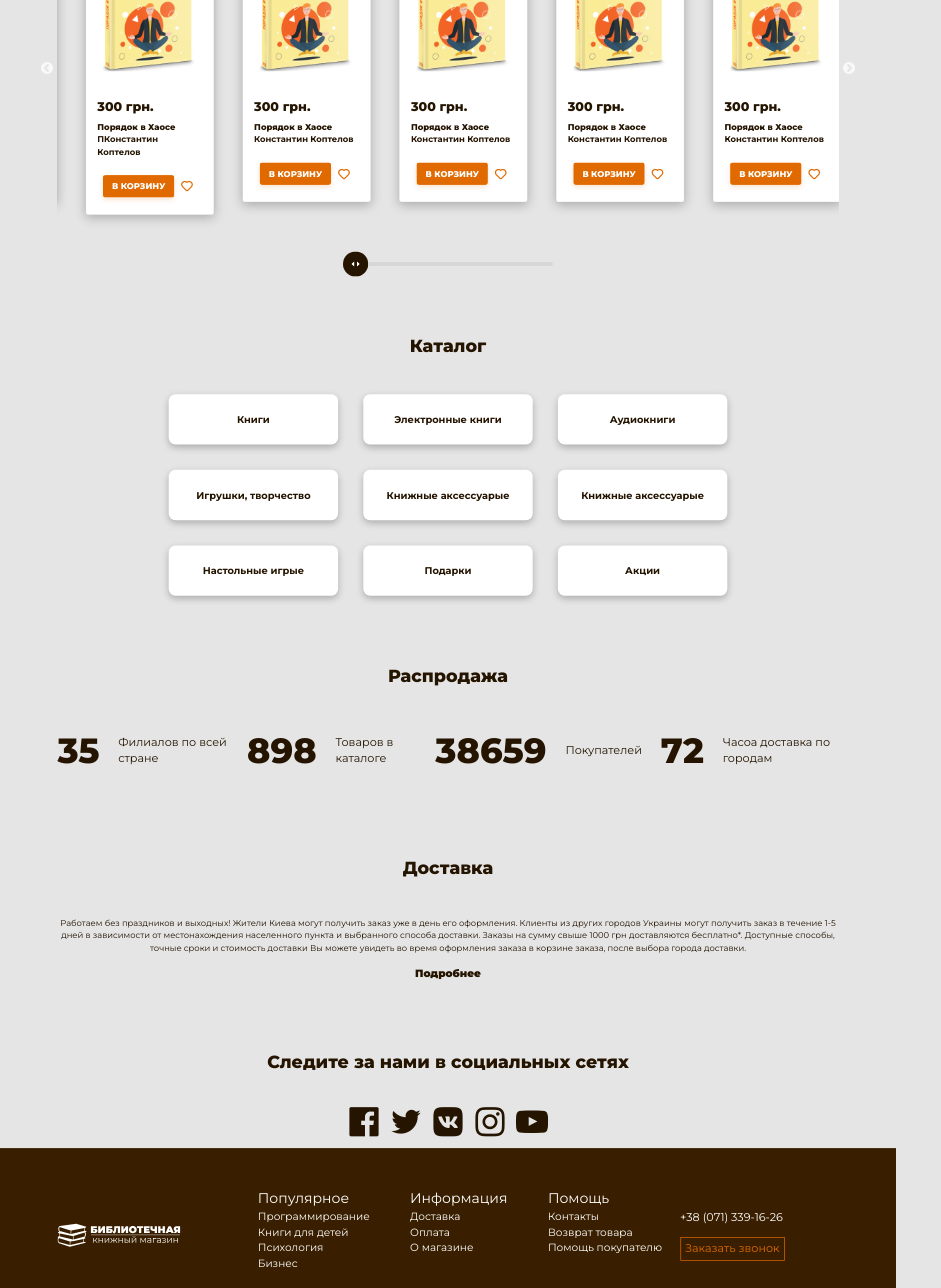
Repository: saidabbasun/Kutubxona
Page: /
These files come from the project's save history. The page is drawn as it stood at one moment and after the next save; the edit follows.
The browser window is 1280 px wide. The page is 1344 px wide, so the pictures cover 1344 px, including what lies to the right of the window. The pictures show the part of the page from y = 1773 to 3613 px (the page is 3613 px tall), at 70% of full size.
The project was rebuilt for these pictures with package versions that can differ from the ones it lists, and the page was loaded fresh each time.

Above is the page before, as saved 2022-05-30 19:24:12.

After the next save:
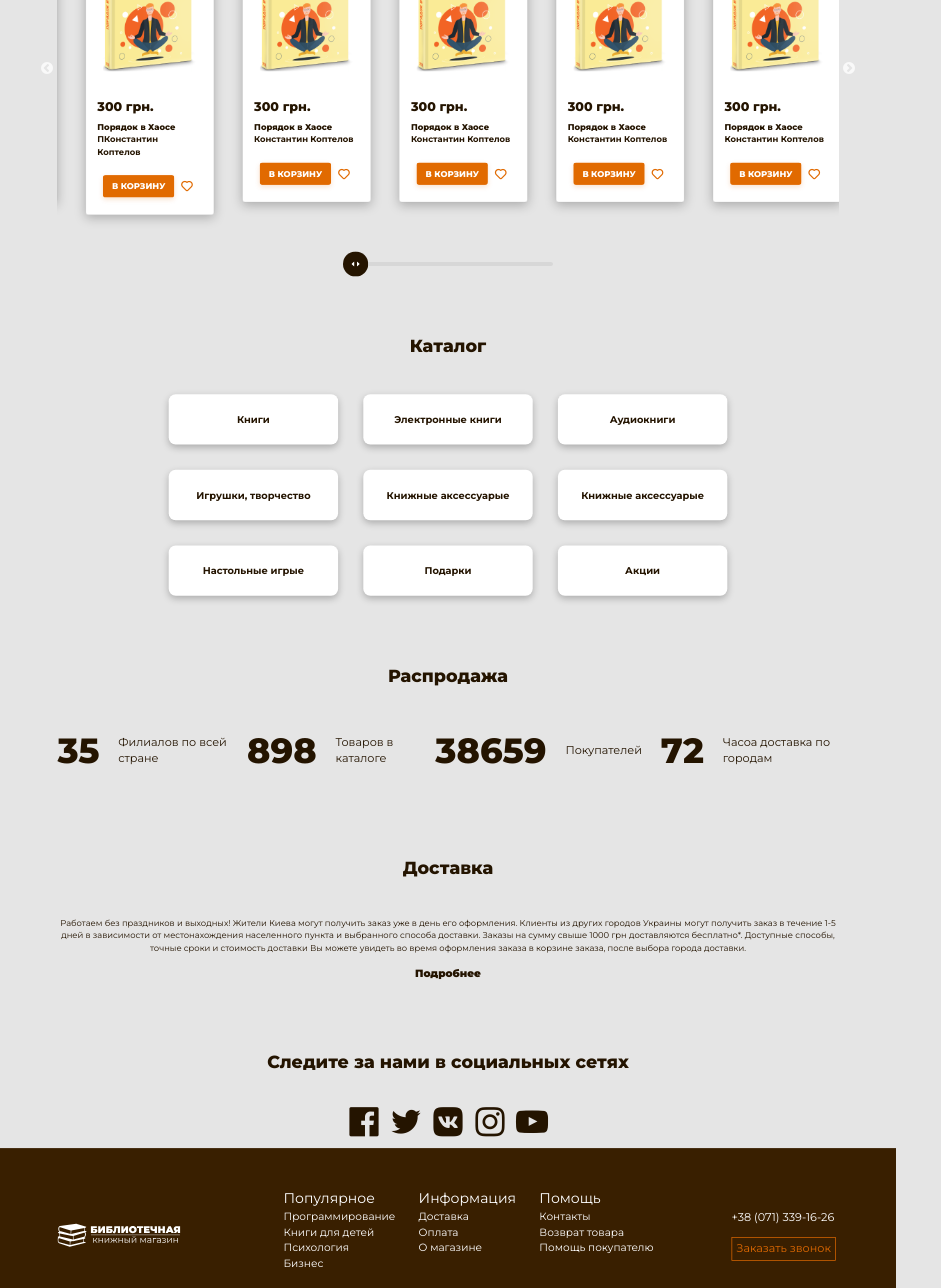
Saved 4 s later.
--- a/src/Style/Footer/Footer.scss
+++ b/src/Style/Footer/Footer.scss
@@ -7,7 +7,7 @@
 .GridItem{
     display: grid;
     grid-template-columns: repeat(3,auto);
-  ap: 110px;
+  gap: 110px;
     align-items: center;
 }
 .List{

After the 2 saves that followed:
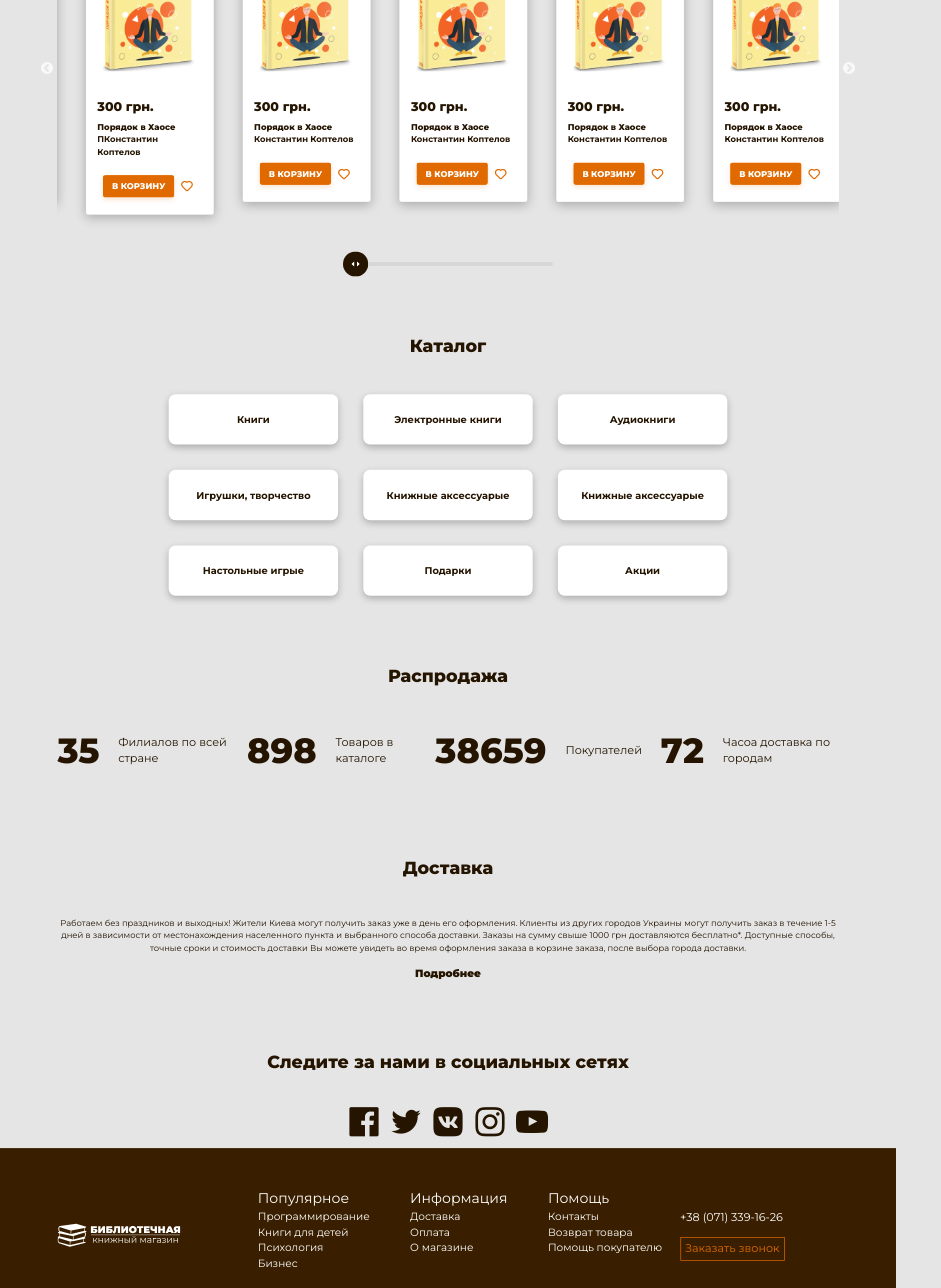
The 2 saves are shown as one change because they came seconds apart.
The last was saved 23 s later.
--- a/src/Style/Footer/Footer.scss
+++ b/src/Style/Footer/Footer.scss
@@ -7,7 +7,7 @@
 .GridItem{
     display: grid;
     grid-template-columns: repeat(3,auto);
-  gap: 110px;
+      row-gap: 110px;
     align-items: center;
 }
 .List{
